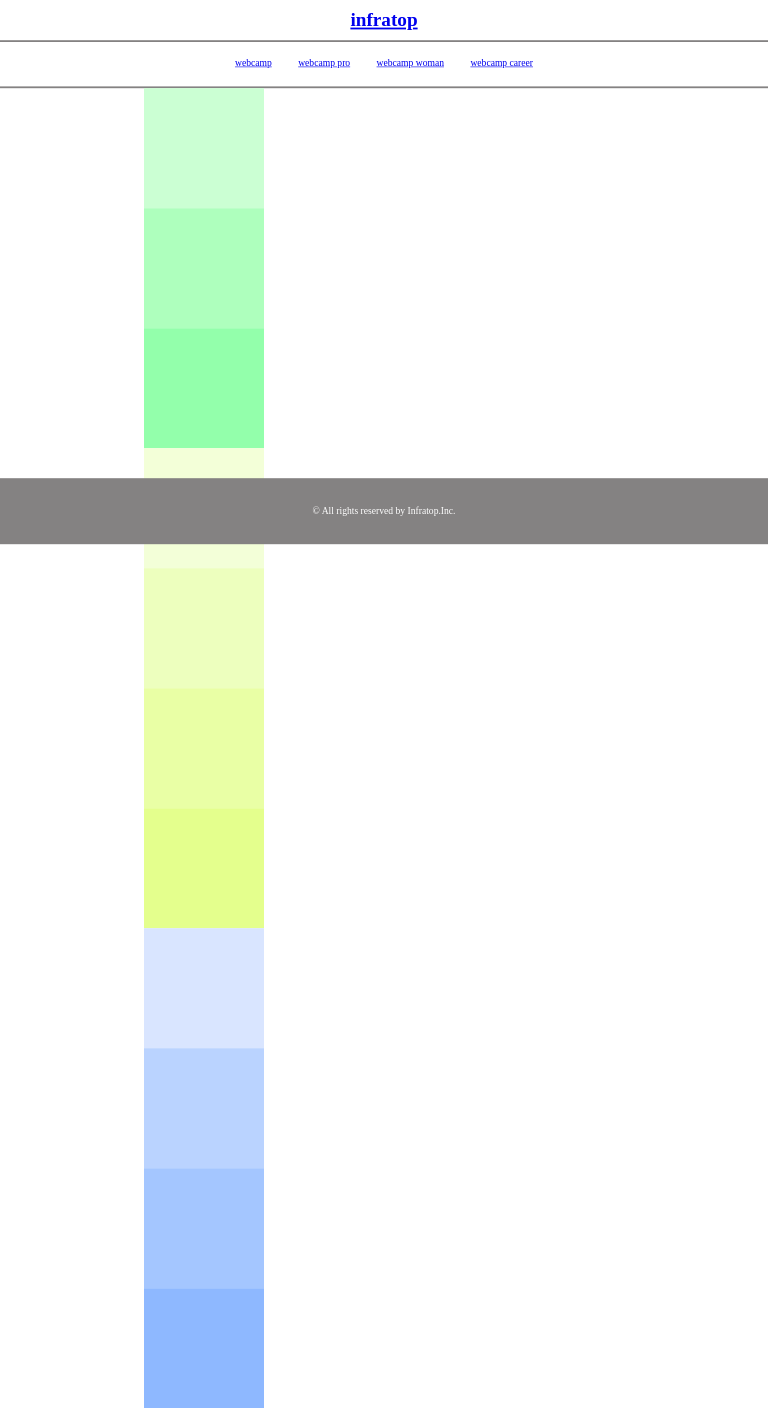
Repository: Souax/prac_20231021
Page: Chapter5/5.html
The author's editor kept a record of every edit. The page is drawn from the files as they stood at one moment, then again after the next edit.
The browser window is 1280 px wide. The pictures show the whole page, at 60% of full size.

Above is the page before.

### Chapter5/5.html
<!DOCTYPE html>
<html lang="ja">

  <head>
  <meta charset="UTF-8">
  <link rel="stylesheet" href="5.css">
  <title>5章</title>
  </head>

  <boody>
    <header>
      <h1 class="heading">
        <a href="5.html">
          infratop
        </a>
      </h1>
    </header>

    <nav>
      <ul class="nav-list">
        <li class="nav-list-item">
          <a href="5.html">webcamp</a>
        </li>
        <li class="nav-list-item">
          <a href="5.html">webcamp pro</a>
        </li>
        <li class="nav-list-item">
          <a href="5.html">webcamp woman</a>
        </li>
        <li class="nav-list-item">
          <a href="5.html">webcamp career</a>
        </li>
      </ul>
    </nav>

    <main>
    <div class="box1"></div>
    <div class="box2"></div>
    <div class="box3"></div>
    <div class="box4"></div>
    <div class="box5"></div>
    <div class="box6"></div>
    <div class="box7"></div>
    <div class="box8"></div>
    <div class="box9"></div>
    <div class="box10"></div>
    <div class="box11"></div>
    <div class="box12"></div>
    </main>

    <footer>
      <p class="footer-text">© All rights reserved by Infratop.Inc.</p>
    </footer>
  </boody>
</html>

### Chapter5/5.css
*{
  margin:0;
  padding:0;
  box-sizing:border-box;
}

header{
  width:90%;
  padding:15px 0;
  margin:0 auto;
  text-align:center;
}

header .heading{
  font-size:32px;
}


nav{
  width:100%;
  height:80px;
  border-top:solid #848282;
  border-bottom:solid #848282;
}

.nav-list{
  text-align:center;
  padding:15px 0;
  margin:0 auto;
  line-height:40px;
}

.nav-list-item{
  list-style:none;
  display:inline-block;
  margin:0 20px;
}

main{
  width:800px;
  height:650px;
  margin:0 auto;
}

.box-1 {
  width: 200px;
  height: 200px;
  background-color: #e6ffe9;
}

.box2 {
  width: 200px;
  height: 200px;
  background-color: #cbffd3;
}

.box3 {
  width: 200px;
  height: 200px;
  background-color: #aeffbd;
}

.box4 {
  width: 200px;
  height: 200px;
  background-color: #93ffab;
}

.box5 {
  width: 200px;
  height: 200px;
  background-color: #f3ffd8;
}

.box6 {
  width:200px;
  height: 200px;
  background-color: #edffbe;
}

.box7 {
  width: 200px;
  height: 200px;
  background-color: #e9ffa5;
}

.box8 {
  width: 200px;
  height: 200px;
  background-color: #e4ff8d;
}

.box9 {
  width: 200px;
  height: 200px;
  background-color: #d9e5ff;
}

.box10 {
  width: 200px;
  height: 200px;
  background-color: #bad3ff;
}

.box11 {
  width: 200px;
  height: 200px;
  background-color: #a4c6ff;
}

.box12 {
  width: 200px;
  height: 200px;
  background-color: #8eb8ff;
}

footer{
  width:100%;
  height:110px;
  text-align:center;
  line-height:110px;
  background-color:#848282;
}

.footer-text{
  color:#fff;
}

After the next edit:
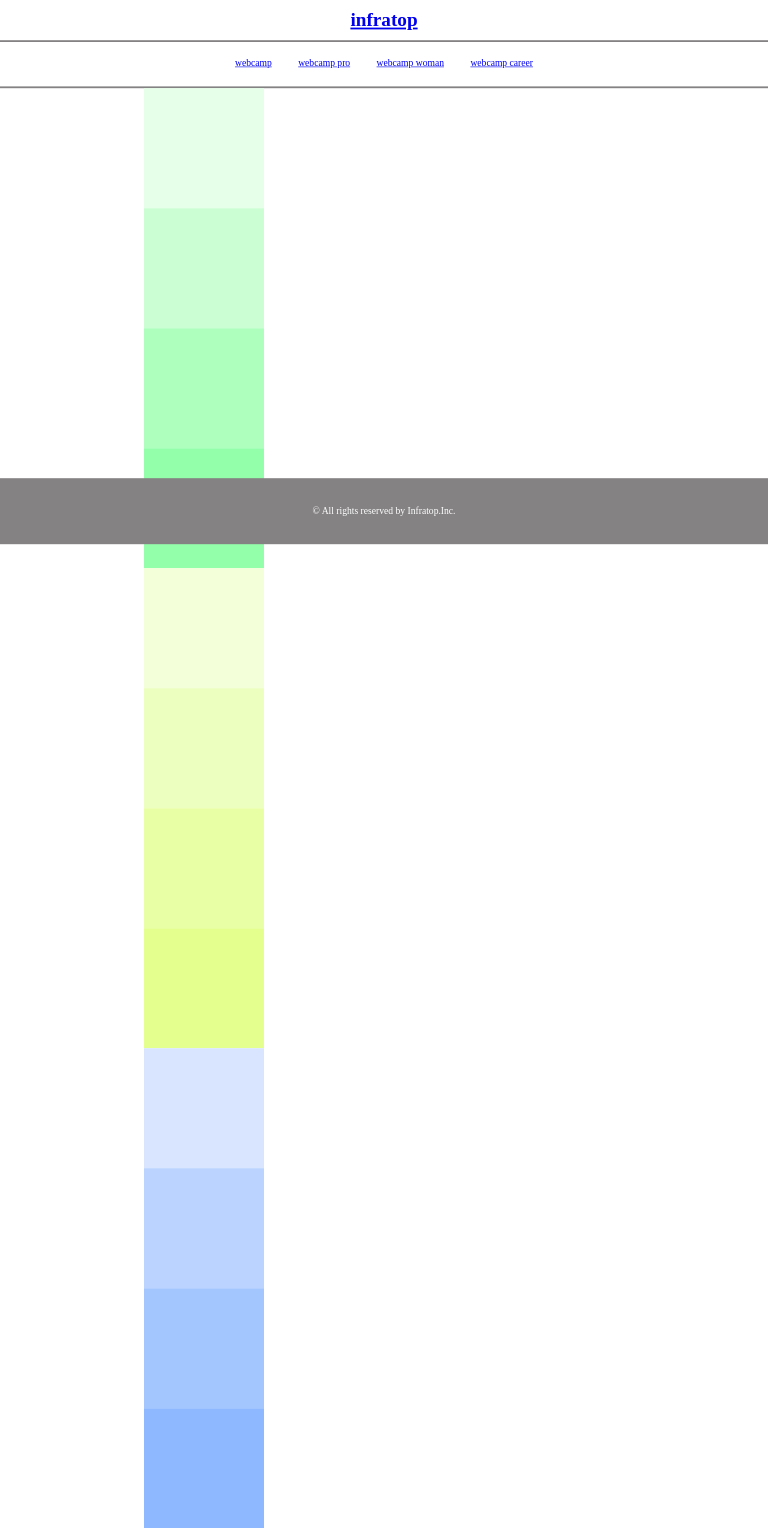
The edit:
--- a/Chapter5/5.css
+++ b/Chapter5/5.css
@@ -42,7 +42,7 @@
   margin:0 auto;
 }
 
-.box-1 {
+.box1 {
   width: 200px;
   height: 200px;
   background-color: #e6ffe9;
